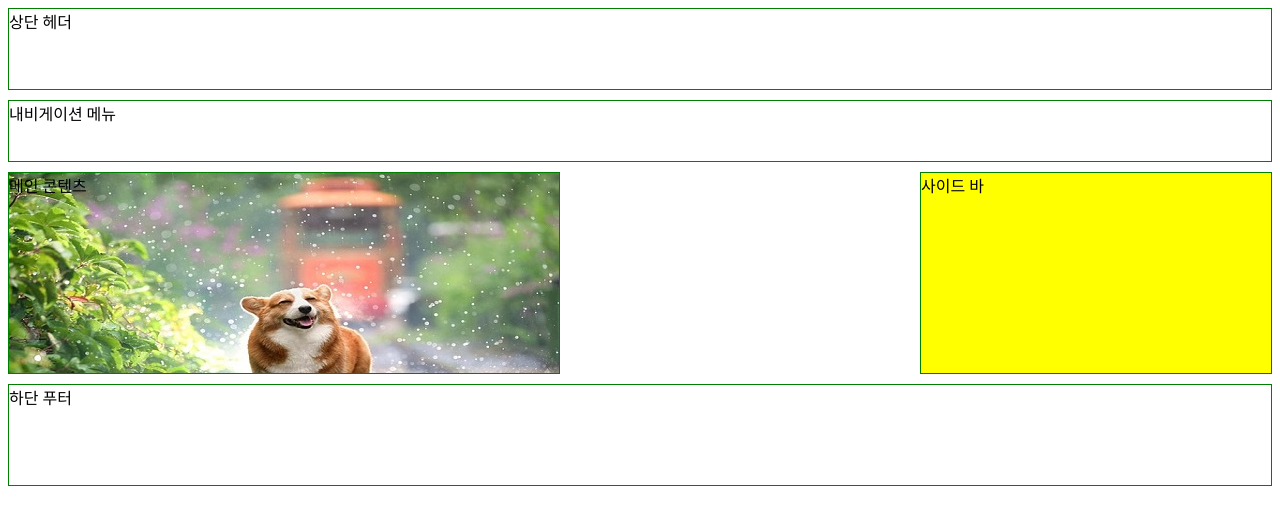
Repository: woosungtae/html_css
Page: pro01/public/woosungtae_1.html
These files come from the project's save history. The page is drawn as it stood at one moment and after the next save; the edit follows.
The browser window is 1280 px wide. The pictures show the whole page.

Above is the page before, as saved 2022-12-14 06:03:28.

### pro01/public/woosungtae_1.html
<!DOCTYPE html>
<html lang="ko">
<head>
<meta charset="UTF-8">
<title>1번 시험</title>
<style>
  *{
   padding:1;
  margin:1;
   }
 header{
   border : 1px solid green;
   height: 80px;
   margin-bottom: 10px;
       }
 nav {
   border : 1px solid green;
   height: 60px;
   margin-bottom: 10px;
      }
 section{
  border: 1px solid green;
  height: 200px;
  width: 550px;
  float: left;
  margin-right: 20px;
  margin-bottom: 10px;
  background: url(images/dog.jpg) no-repeat;
         }

  aside{
   border: 1px solid green;
   height: 200px;
   width: 350px;
   float: right;
   background-color: yellow;
       }
 footer{
   clear: both;
   border: 1px solid green;
   height: 100px;
   margin-top: 200px;
       }
</style>
</head>
<body>
    <header>
       <div>상단 헤더</div>
    </header>
    <nav>
      <div>내비게이션 메뉴</div>
    </nav>
        <section>
          <div>메인 콘텐츠</div>
        </section>
      <aside>
          <div>사이드 바</div>
      </aside>
      <footer>
          <div>하단 푸터</div>
      </footer>
</body>
</html>

After the next save:
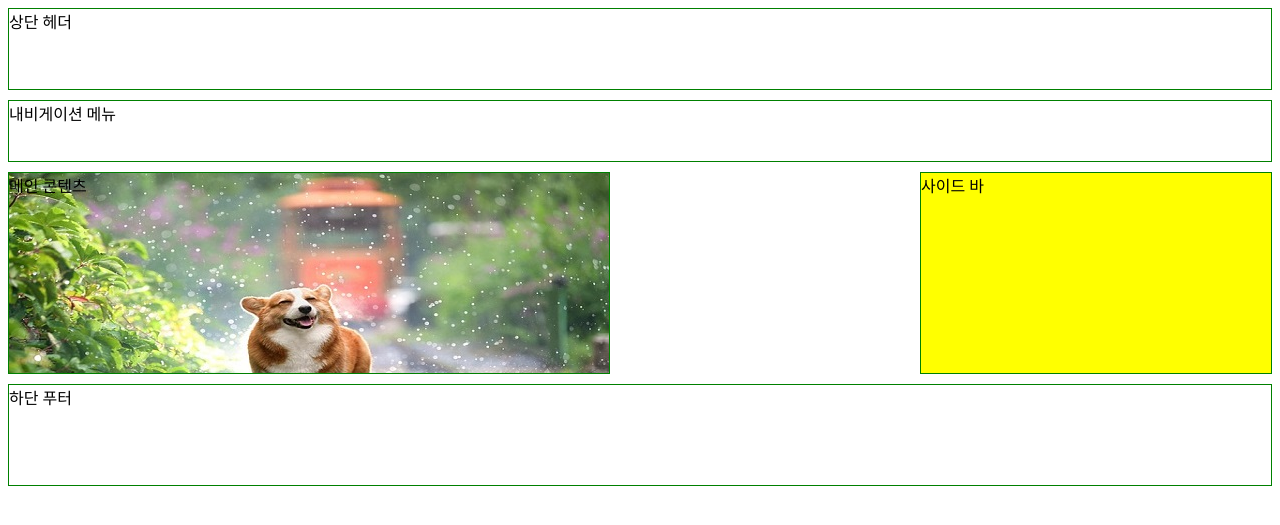
Saved 100 s later.
--- a/pro01/public/woosungtae_1.html
+++ b/pro01/public/woosungtae_1.html
@@ -21,7 +21,7 @@
  section{
   border: 1px solid green;
   height: 200px;
-  width: 550px;
+  width: 600px;
   float: left;
   margin-right: 20px;
   margin-bottom: 10px;
